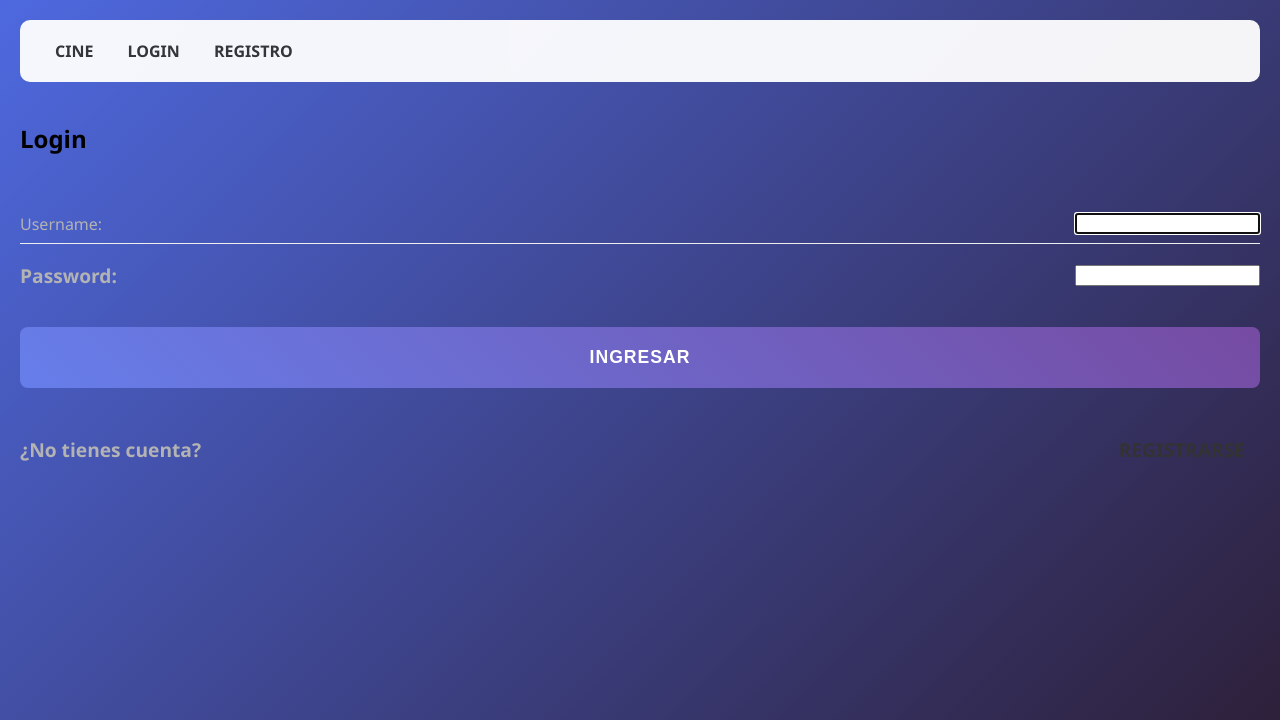
Repository: RoyScc/Practico-Django
Page: http://localhost/login/
An editor plug-in stored every save of this project. The page is shown before and after the next save, followed by the edit.
The browser window is 1280 px wide. The pictures show the whole page.
The page is served by the project's application, run on Django 5.2 (manage.py).

Above is the page before, as saved 2026-05-27 08:56:31.

After the next save:
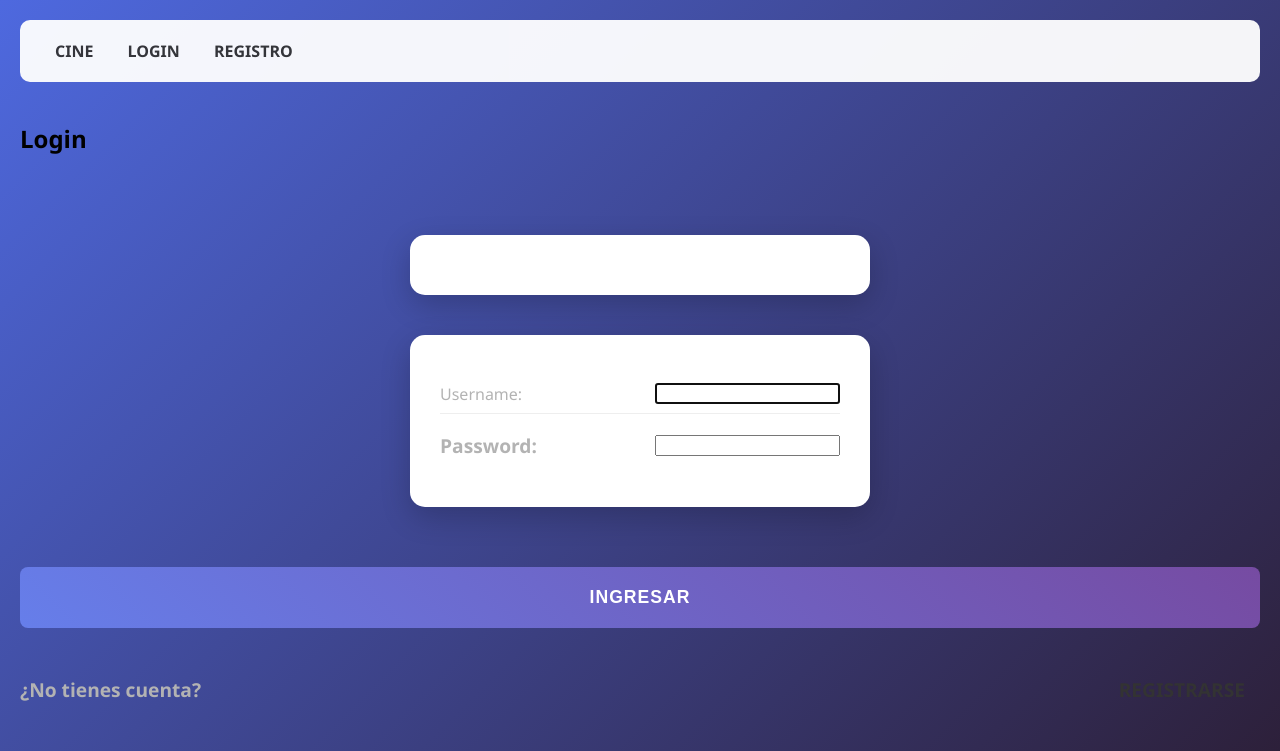
Saved 29 s later.
--- a/tickets/templates/tickets/login.html
+++ b/tickets/templates/tickets/login.html
@@ -5,10 +5,10 @@
 <h2>Login</h2>
 
 <form method="POST">
-    <div class="form-group">
+    <div class="login-container">
         {% csrf_token %}
     </div>
-    <div class="form-group">
+    <div class="login-container">
         {{ form.as_p }}
     </div>
 
